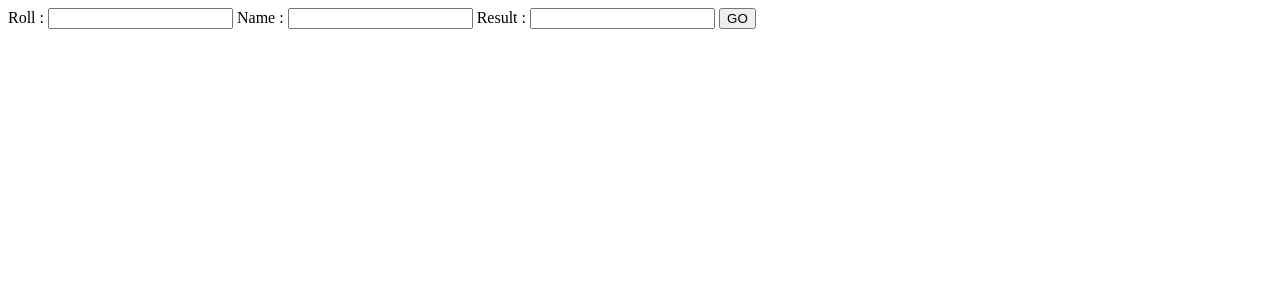
Repository: Asterisc-Institute/Adv-Java-Batch8
Page: http://localhost/Jsp-Day07/
These files come from the project's save history. The page is drawn as it stood at one moment and after the next save; the edit follows.
The browser window is 1280 px wide. The pictures show the whole page.
The page is served by Tomcat 9.

Above is the page before, as saved 2023-05-14 13:54:17.

### Jsp-Day07/WebContent/index.jsp
<%@ page language="java" contentType="text/html; charset=ISO-8859-1"
    pageEncoding="ISO-8859-1"%>
<!DOCTYPE html PUBLIC "-//W3C//DTD HTML 4.01 Transitional//EN" "http://www.w3.org/TR/html4/loose.dtd">
<html>
<head>
<meta http-equiv="Content-Type" content="text/html; charset=ISO-8859-1">
<title>Insert title here</title>
</head>
<body>

<form action="Test.jsp">
Roll :
<input type="text" name="roll">
Name :
<input type="text" name="name">
Result :
<input type="text" name="result">
<input type="submit" value="GO">
</form>


</body>
</html>

After the next save:
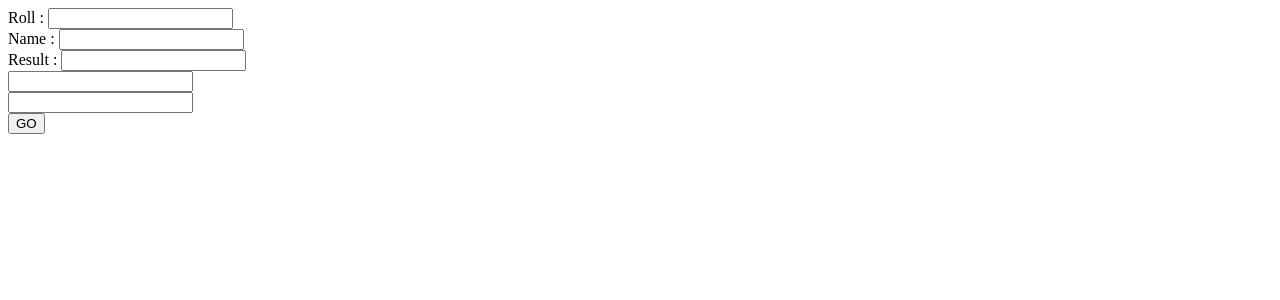
Saved 28 s later.
--- a/Jsp-Day07/WebContent/index.jsp
+++ b/Jsp-Day07/WebContent/index.jsp
@@ -10,11 +10,13 @@
 
 <form action="Test.jsp">
 Roll :
-<input type="text" name="roll">
+<input type="text" name="roll"><br/>
 Name :
-<input type="text" name="name">
+<input type="text" name="name"><br/>
 Result :
-<input type="text" name="result">
+<input type="text" name="result"><br/>
+<input type="text" name="paper1"><br/>
+<input type="text" name="paper1"><br/>
 <input type="submit" value="GO">
 </form>
 
